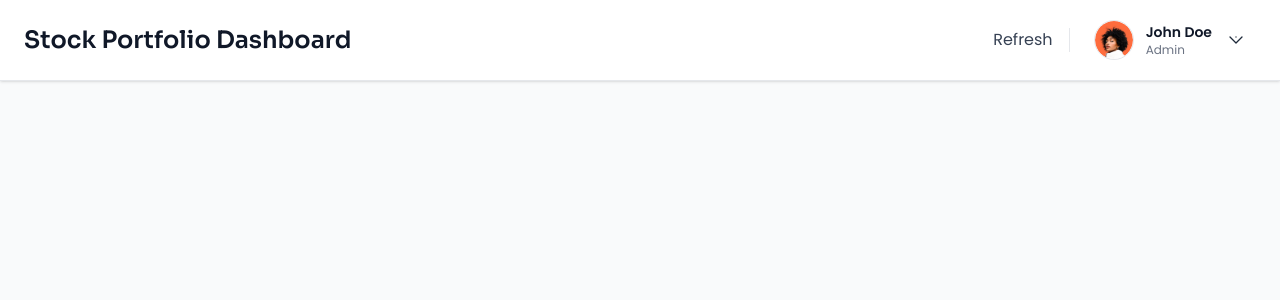
Repository: jabir12-12/inten-project
Page: /
The author's editor kept a copy of each file at every save. The page is drawn from the files as they stood at one save, then again after the next save.
The browser window is 1280 px wide. The pictures show the whole page.
The project was rebuilt for these pictures with package versions that can differ from the ones it lists, and the page was loaded fresh each time. The framework's server and built-in components were replaced by stand-ins that run in the browser. Also part of the build but not shown: next.config.ts.

Above is the page before, as saved 2025-05-17 13:25:47.

After the next save:
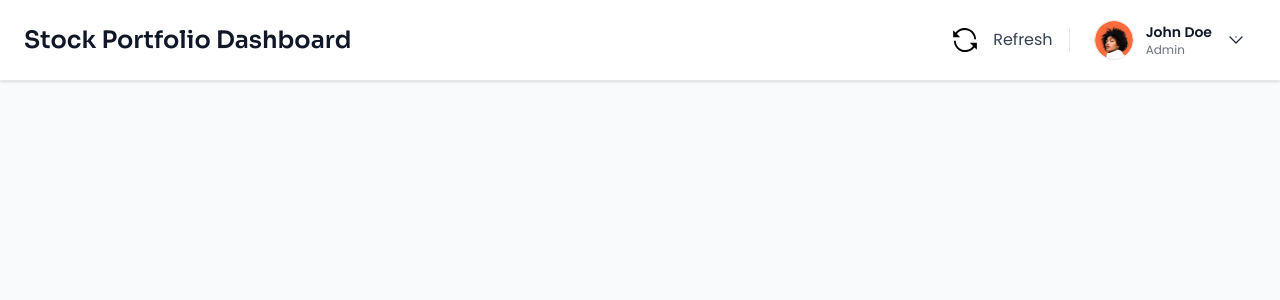
Saved 106 s later.
--- a/src/pages/index.tsx
+++ b/src/pages/index.tsx
@@ -12,7 +12,13 @@ export default function Home() {
           <h1 className="text-gray-900 font-semibold text-xl md:text-2xl">Stock Portfolio Dashboard</h1>
         </div>
         <div className="flex items-center gap-2 md:gap-4">
-          <button className="hidden md:block hover:text-blue-600 text-gray-700 transition-colors">
+          <Image
+            src="/images/refresh-svgrepo-com.svg"
+            alt="User profile"
+            width={24}
+            height={24}
+          />
+          <button className="hidden md:block hover:text-blue-600 text-gray-700 transition-colors cursor-pointer">
             Refresh
           </button>
           <div className="hidden md:block bg-gray-200 h-6 w-px"></div>
